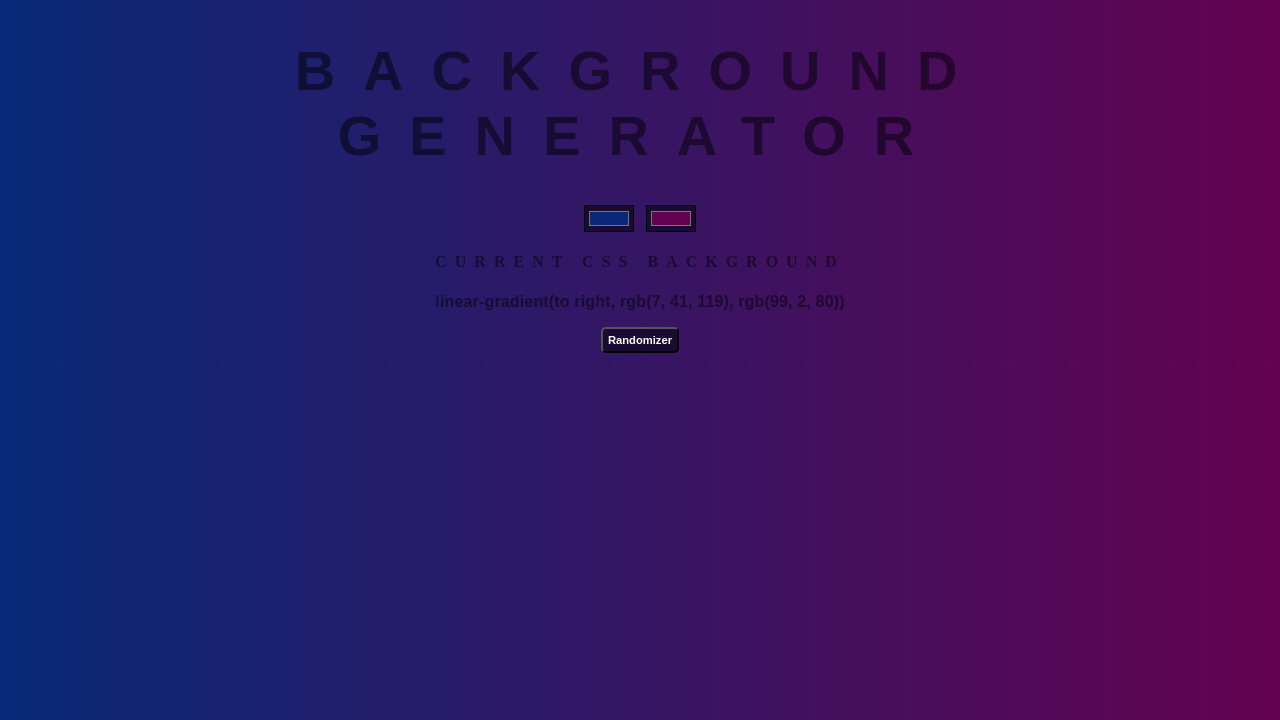
Repository: JUNX-10010/AeroAthletics-clothing
Page: React-Basics/section12-DOM_Manipulation/index.html
These files come from the project's save history. The page is drawn as it stood at one moment and after the next save; the edit follows.
The browser window is 1280 px wide. The pictures show the whole page.
After loading, the first visible `button.randomColor` was clicked once.

Above is the page before, as saved 2023-03-21 17:28:06.

After the next save:
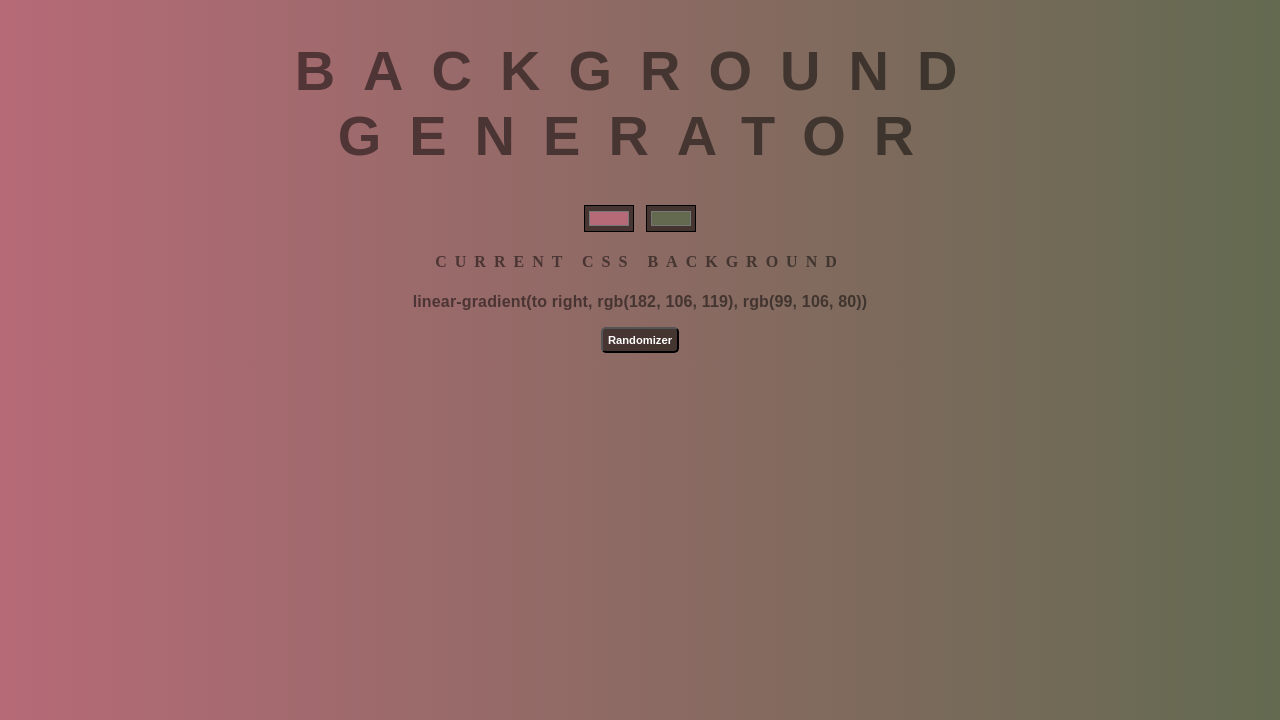
Saved 5 min 36 s later.
--- a/React-Basics/section12-DOM_Manipulation/script.js
+++ b/React-Basics/section12-DOM_Manipulation/script.js
@@ -26,10 +26,11 @@ function RGBtoHex(red, green, blue){
 
 // This function handles the action after random color button clicked
 function randAction() {
-    rand1 = [getRandomInt(10),getRandomInt(100),getRandomInt(255)];
-    rand2 = [getRandomInt(255),getRandomInt(5),getRandomInt(255)];
-    body.style.background = `linear-gradient(to right, rgb(${rand1[0]},${rand1[1]},${rand1[2]}),
-    rgb(${rand2.at(0)},${rand2.at(1)},${rand2.at(2)})`;
+    rand1 = [getRandomInt(255),getRandomInt(255),getRandomInt(255)];
+    rand2 = [getRandomInt(255),getRandomInt(255),getRandomInt(255)];
+    body.style.background = `linear-gradient(to right,
+        rgb(${rand1[0]},${rand1[1]},${rand1[2]}),
+        rgb(${rand2.at(0)},${rand2.at(1)},${rand2.at(2)})`;
     color1.value = RGBtoHex(rand1.at(0),rand1.at(1),rand1.at(2));
     color2.value = RGBtoHex(rand2.at(0),rand2.at(1),rand2.at(2));
     css.textContent = body.style.background;
